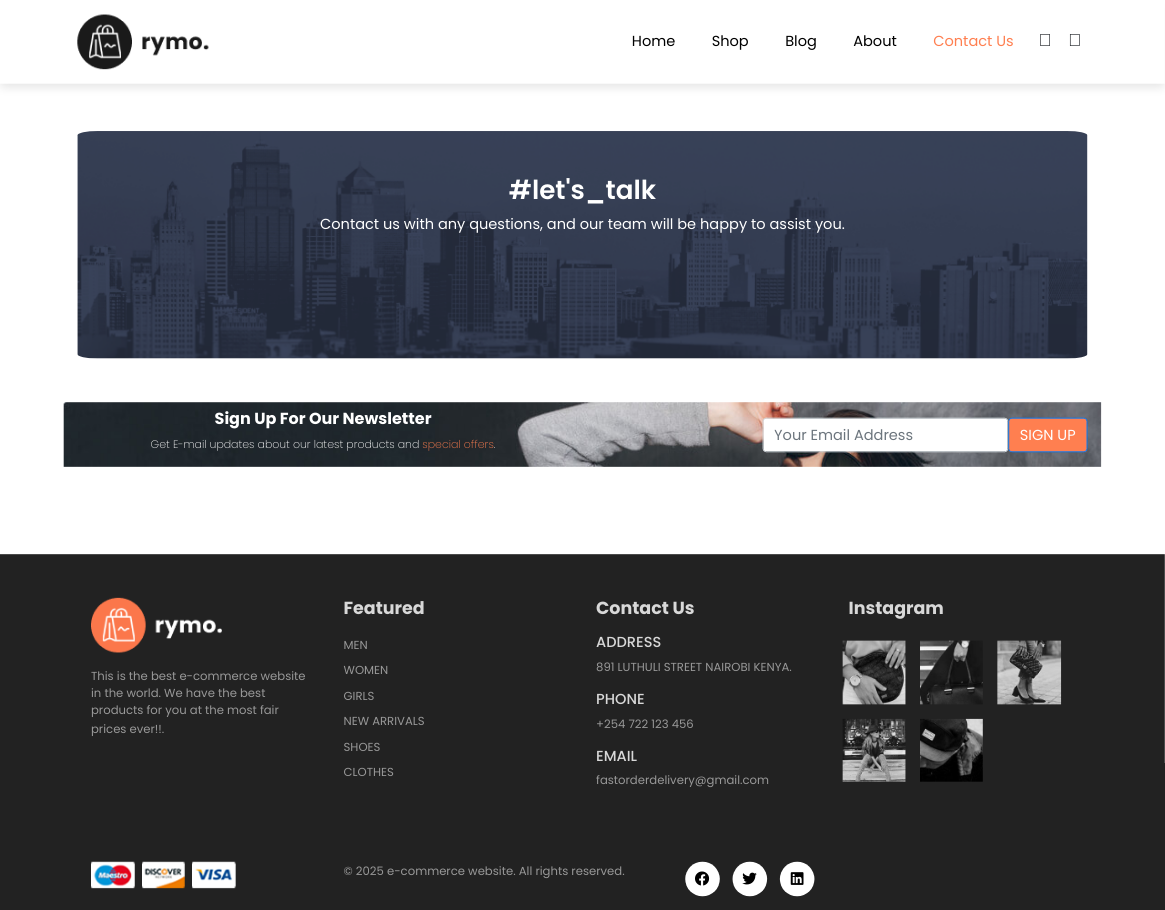
Repository: peter417waweru/e-commerce-UI
Page: contact.html
An editor plug-in stored every save of this project. The page is shown before and after the next save, followed by the edit.
The browser window is 1280 px wide. The pictures show the whole page, at 91% of full size.
Some web libraries are served in a nearby version.

Above is the page before, as saved 2025-02-09 22:22:12.
Console error: TypeError: Cannot set properties of undefined (setting 'onclick')

After the next save:
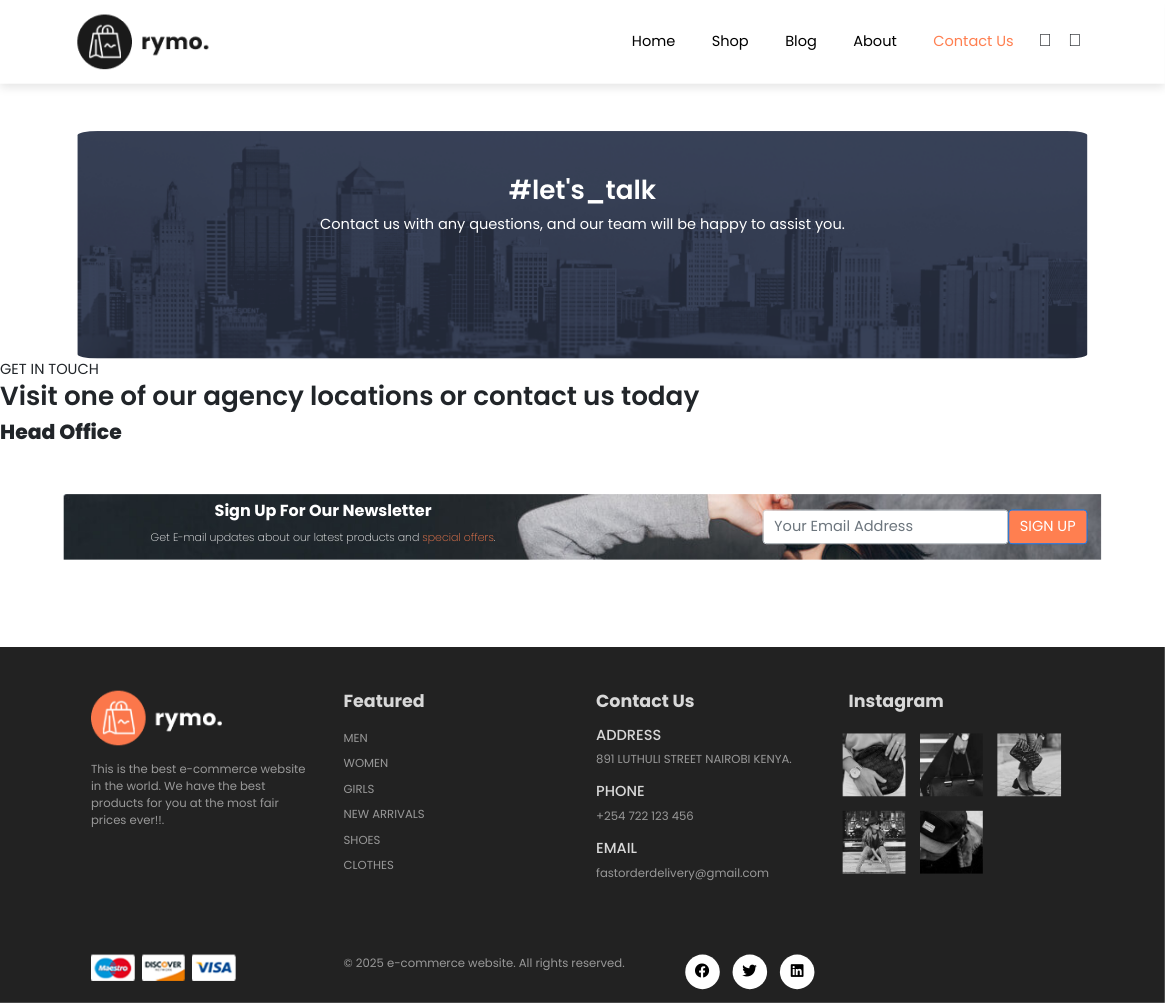
Saved 4 min 46 s later.
--- a/contact.html
+++ b/contact.html
@@ -58,6 +58,15 @@
             <h2 class="text-center mt-5 pt-5">#let's_talk</h2>
             <p class="text-center">Contact us with any questions, and our team will be happy to assist you.</p>
            </div>
+        </section>
+
+        <section class="contact-details">
+            <div class="details">
+                <span>GET IN TOUCH</span>
+                <h2>Visit one of our agency locations or contact us today</h2>
+                <h3>Head Office</h3>
+            </div>
+
         </section>
 
         <section id="newsletter" class="container py-5">
